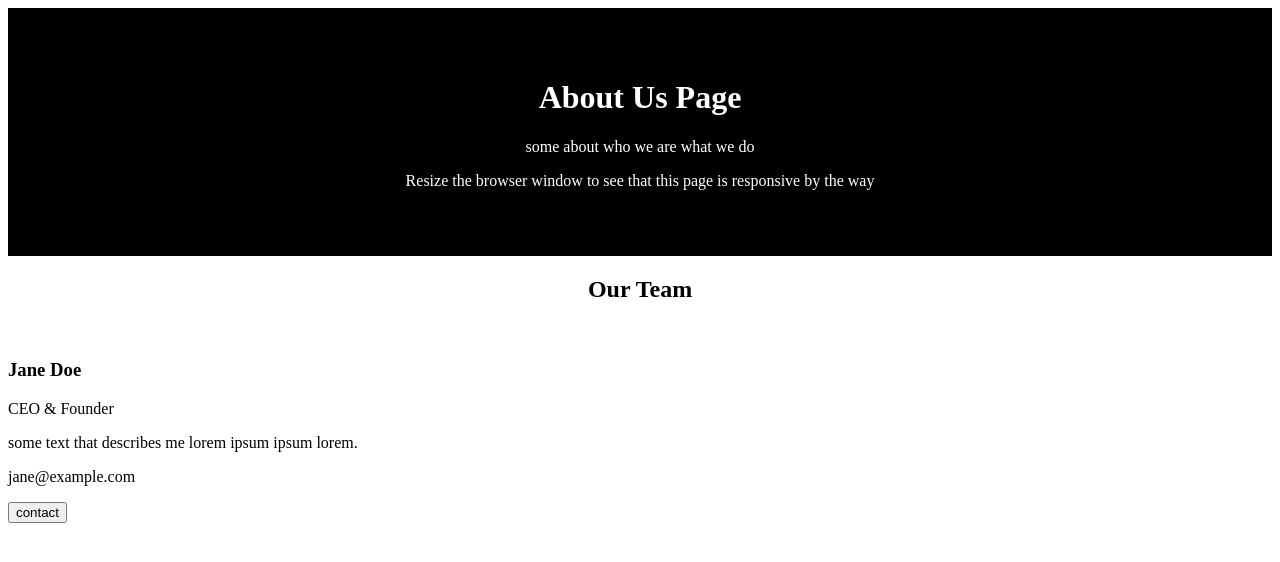
Repository: Lehuyhuynh/BTH2-CSS
Page: BTH3/index.html
An editor plug-in stored every save of this project. The page is shown before and after the next save, followed by the edit.
The browser window is 1280 px wide. The pictures show the whole page.

Above is the page before, as saved 2023-08-11 16:01:05.

After the next save:
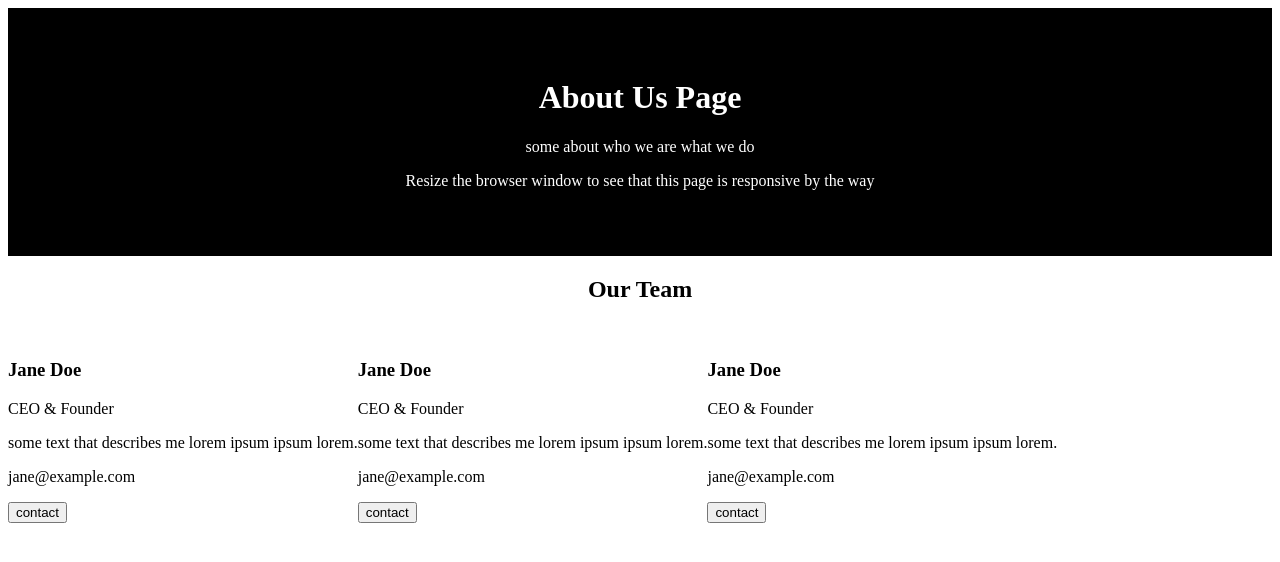
Saved 4 s later.
--- a/BTH3/index.html
+++ b/BTH3/index.html
@@ -28,6 +28,31 @@
 
     </div>
 
+    <div class=" column">
+      <div class="card">
+       <img src="" alt="">
+       <h3>Jane Doe</h3>
+       <p>CEO & Founder</p>
+       <p>some text that describes me lorem ipsum ipsum lorem.</p>
+       <p>jane@example.com</p>
+       <button>contact</button>
+      </div>
+
+
+     </div>
+
+     <div class=" column">
+      <div class="card">
+       <img src="" alt="">
+       <h3>Jane Doe</h3>
+       <p>CEO & Founder</p>
+       <p>some text that describes me lorem ipsum ipsum lorem.</p>
+       <p>jane@example.com</p>
+       <button>contact</button>
+      </div>
+
+
+     </div>
   </div>
 </body>
 </html>
